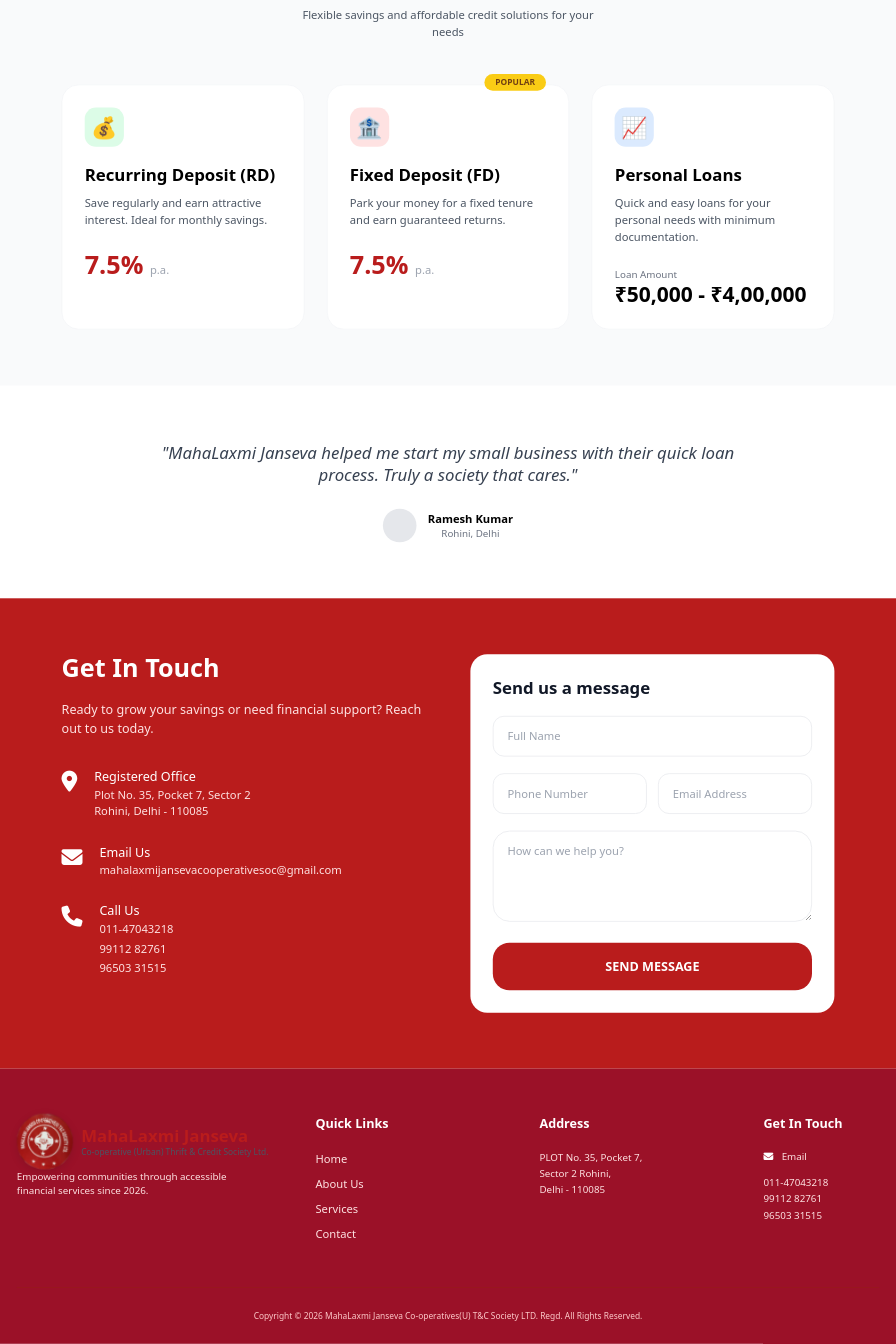
Repository: smritig537/Mahalaxmi
Page: Web.html
These files come from the project's save history. The page is drawn as it stood at one moment and after the next save; the edit follows.
The browser window is 1280 px wide. The pictures show the part of the page from y = 1764 to 3684 px (the page is 3684 px tall), at 70% of full size.
A picture or video elsewhere on the page could not be fetched, so the positions and the page height are approximate. Some web libraries are served in a nearby version.

Above is the page before, as saved 2026-05-25 01:07:02.

After the next save:
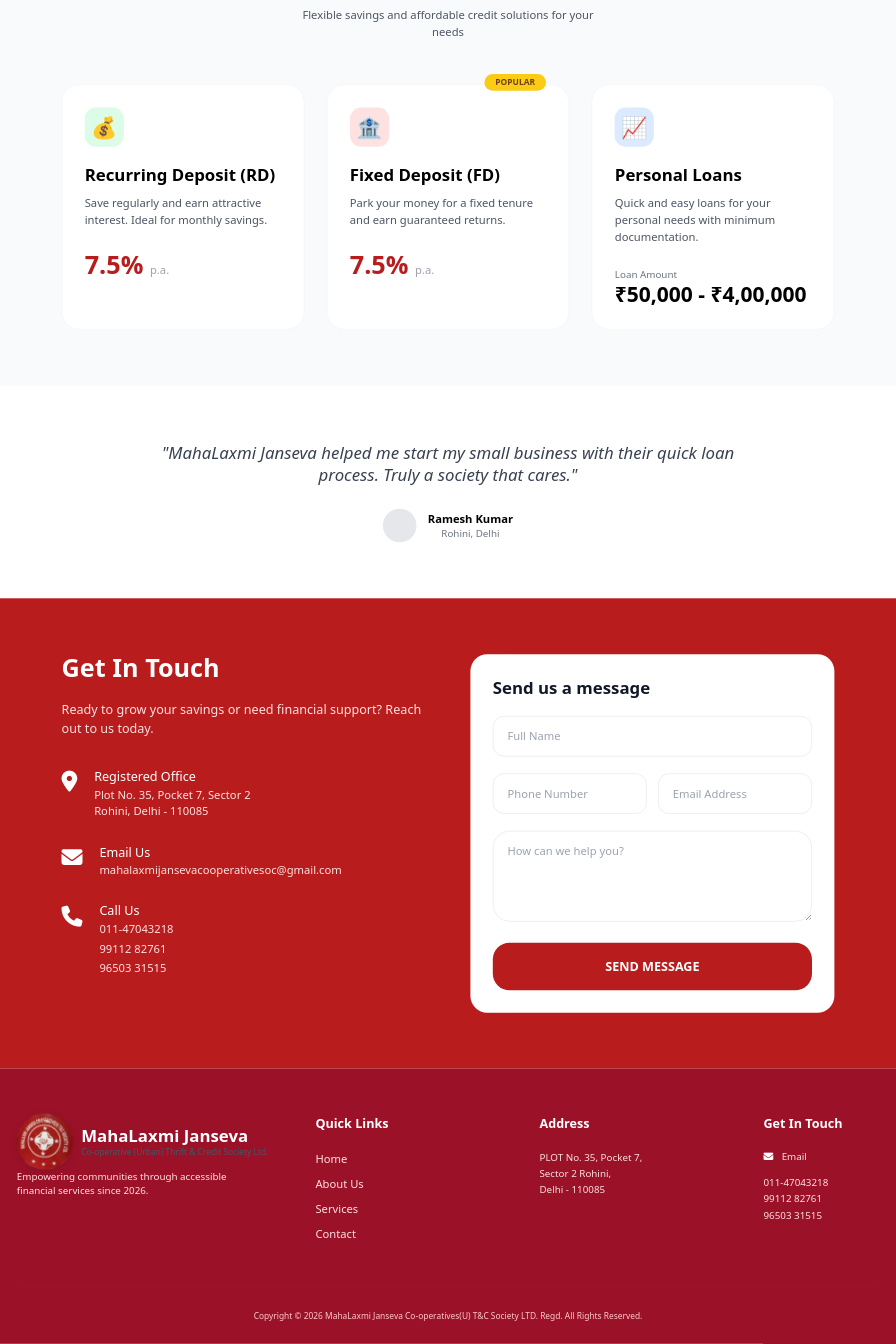
Saved 22 s later.
--- a/Web.html
+++ b/Web.html
@@ -357,7 +357,7 @@
                     <img src="logo.png" alt="MahaLaxmi Janseva Logo"
                          class="logo-img w-20 h-20 object-contain">
                     <div>
-                        <h1 class="text-2xl font-bold text-red-700 leading-tight">MahaLaxmi Janseva</h1>
+                        <h1 class="text-2xl font-bold text-white-700 leading-tight">MahaLaxmi Janseva</h1>
                         <p class="text-xs text-gray-600 font-medium">Co-operative (Urban) Thrift & Credit Society Ltd.</p>
                     </div>
                 </div>
